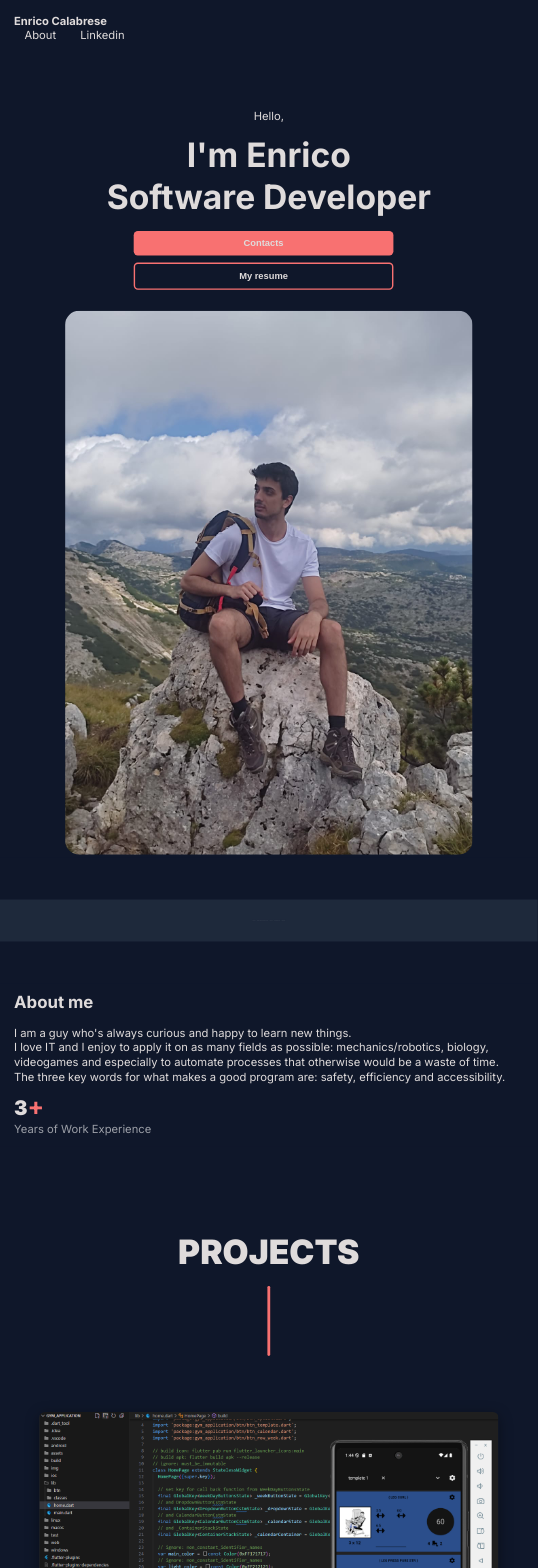
Repository: EnricoCalabrese/EnricoCalabrese.github.io
Page: index.html
An editor plug-in stored every save of this project. The page is shown before and after the next save, followed by the edit.
The browser window is 768 px wide. The pictures show the part of the page from y = 0 to 2240 px (the page is 6144 px tall), at 70% of full size.

Above is the page before, as saved 2025-07-26 09:15:46.

After the next save:
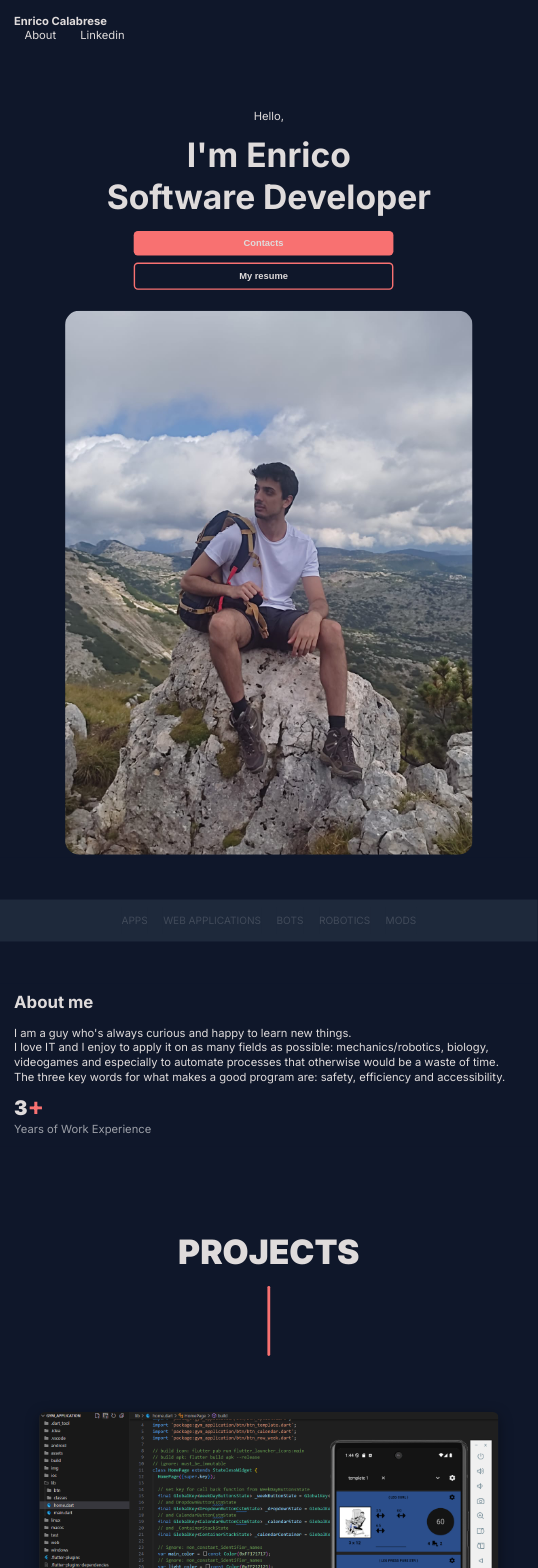
Saved 5 s later.
--- a/index.html
+++ b/index.html
@@ -444,7 +444,7 @@
       }
 
       .skills {
-        scale: 0.1;
+        scale: 0.9;
         position: relative;
         z-index: 1;
         text-align: center;
